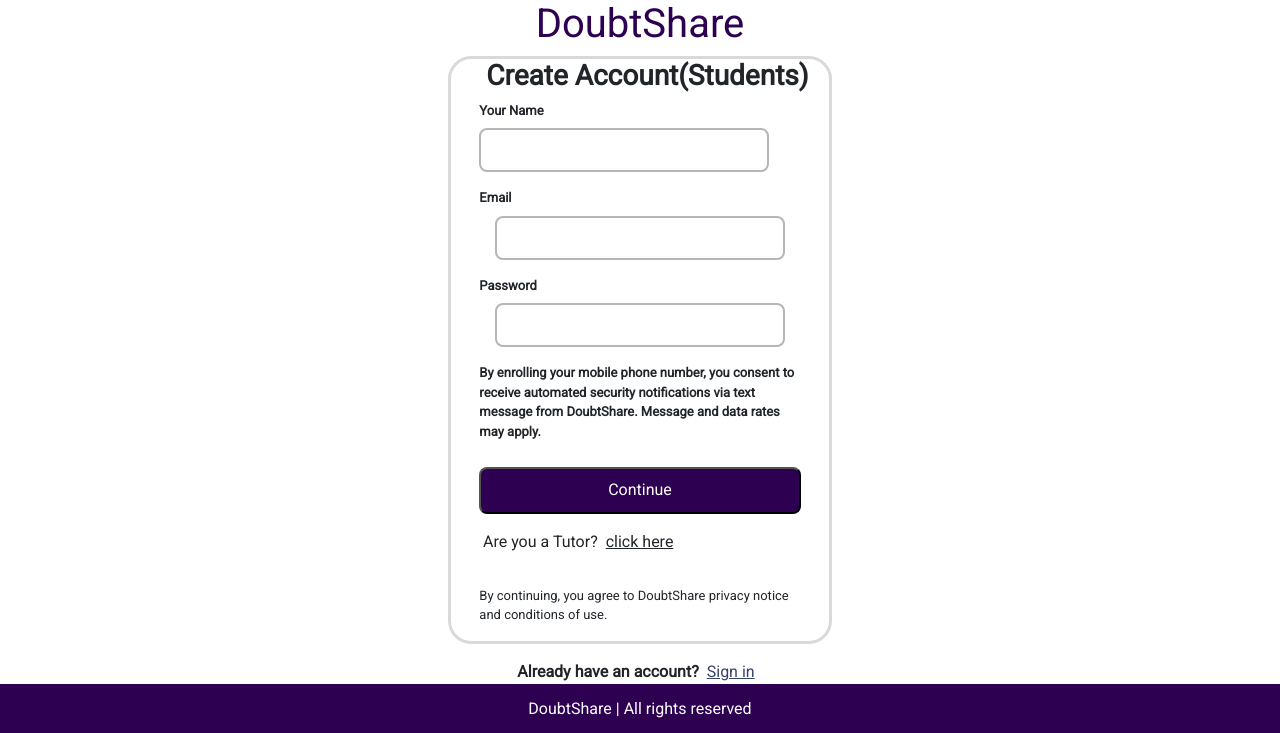
Repository: drumsmanku/doubtshare
Page: /register/student (app in frontend/)
The author's editor kept a copy of each file at every save. The page is drawn from the files as they stood at one save, then again after the next save.
The browser window is 1280 px wide. The pictures show the whole page.
The project was rebuilt for these pictures with package versions that can differ from the ones it lists, and the page was loaded fresh each time. Also part of the build but not shown: frontend/src/App.css, frontend/src/Components/Dashboard/Sidebar.js, frontend/src/Components/Dashboard/Profile.js, frontend/src/Components/CreateDoubtForm/CreateDoubtForm.js, frontend/src/Components/Dashboard/Dashboard.js, frontend/src/Components/Login/Login.js, frontend/src/Components/LoginTutor/LoginTutor.js, frontend/src/Components/RegisterTutor/RegisterTutor.js and 1 more.

Above is the page before, as saved 2023-12-30 21:01:43.

After the next save:
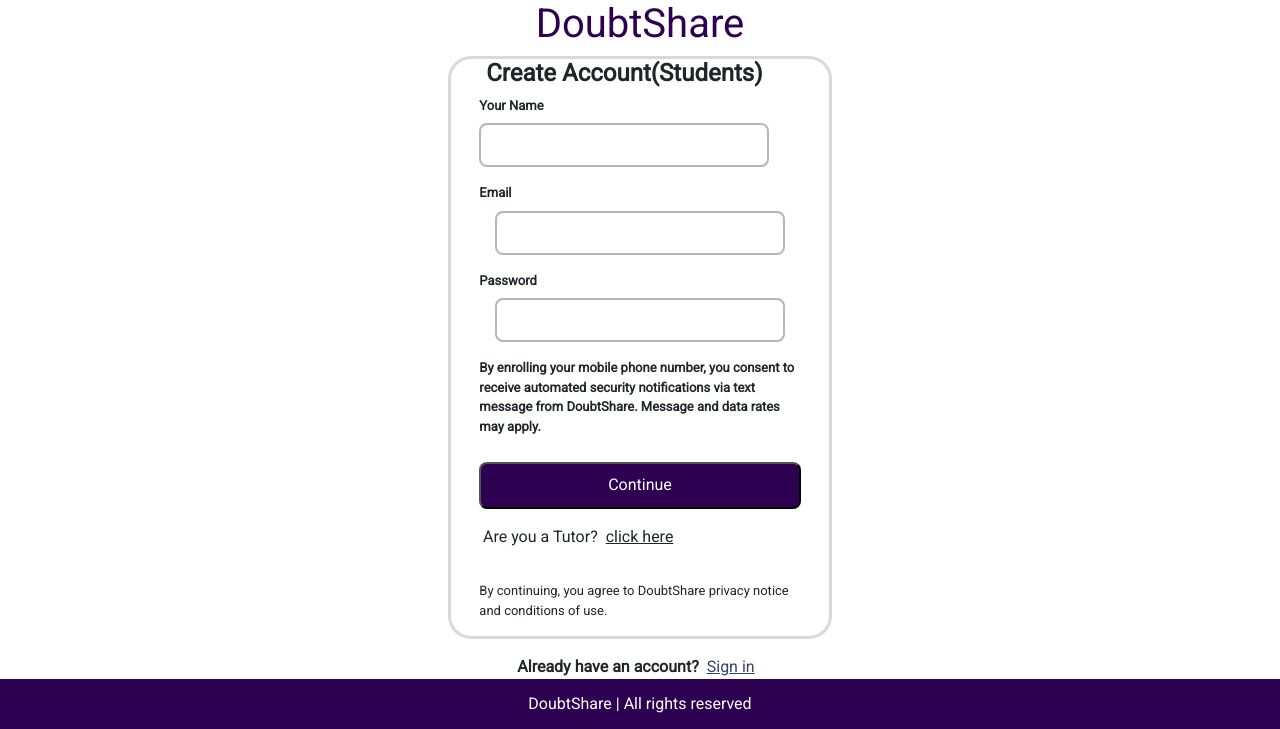
Saved 37 s later.
--- a/frontend/src/Components/Register/Register.js
+++ b/frontend/src/Components/Register/Register.js
@@ -60,7 +60,7 @@
       <form className={styles.form}>
 
         <div className={styles.inputContainer}>
-          <h3 style={{alignSelf:'start', paddingLeft:'2.2rem', fontWeight:600}}>Create Account(Students)</h3>
+          <h4 style={{alignSelf:'start', paddingLeft:'2.2rem', fontWeight:600}}>Create Account(Students)</h4>
           <div style={DivStyles}>
             <label htmlFor="name" style={{fontWeight:600, fontSize:'small' }}>Your Name</label>
             <input type="text" name="name" value={user.name} onChange={handleChange} style={InputStyles}/>
